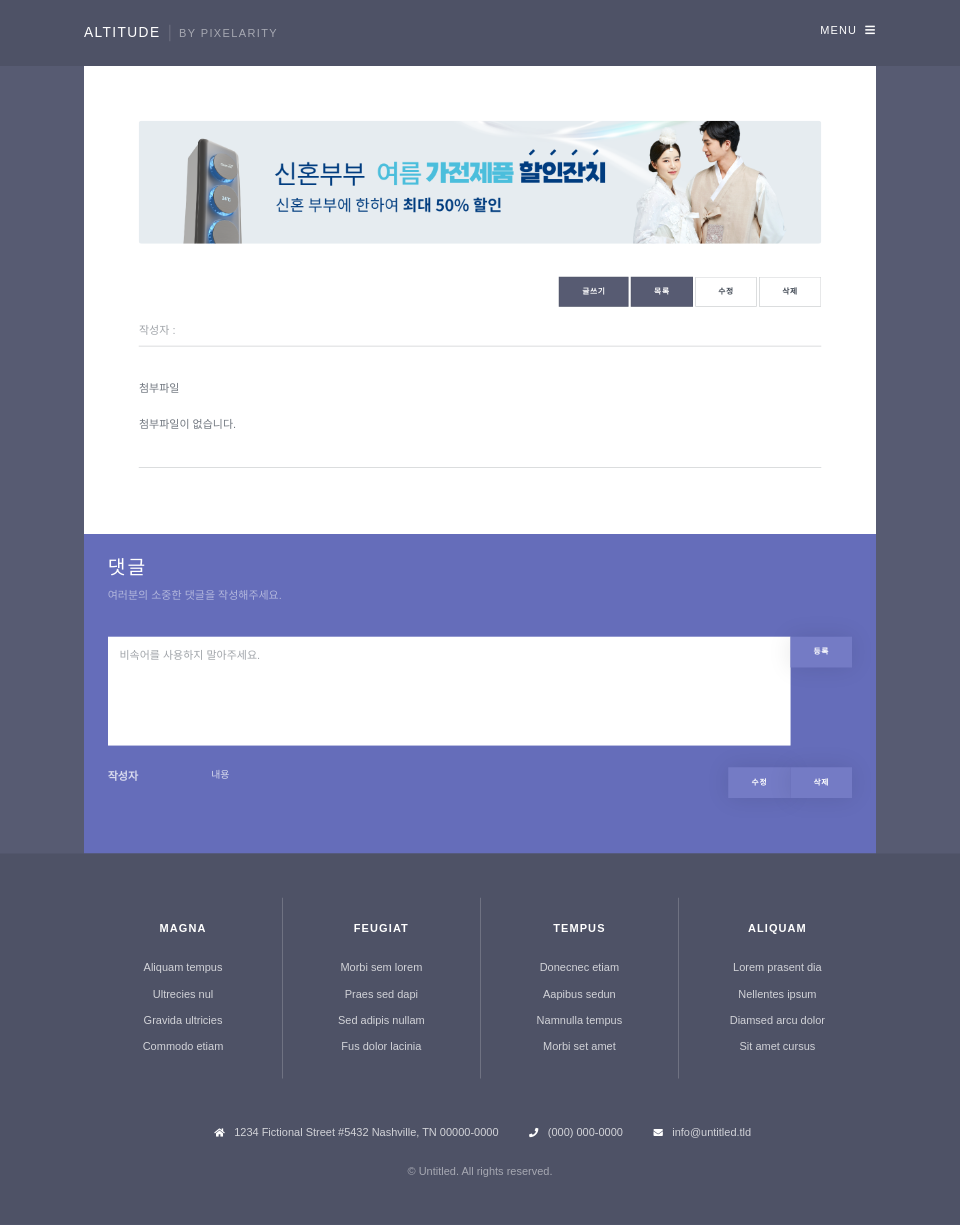
Repository: kkkukkk/Study-JSP
Page: http://localhost/boardMVC/app/board/boardDetail.jsp
These files come from the project's save history. The page is drawn as it stood at one moment and after the next save; the edit follows.
The browser window is 1280 px wide. The pictures show the whole page, at 75% of full size.
Some web fonts or font styles are not loaded; a fallback is used. The page is served by Tomcat 9. Other server files are loaded and not shown.

Above is the page before, as saved 2022-02-25 06:44:24.

### workspace/boardMVC/WebContent/app/board/boardDetail.jsp
<%@ page language="java" contentType="text/html; charset=UTF-8"
    pageEncoding="UTF-8"%>
<%@ taglib uri="http://java.sun.com/jsp/jstl/core" prefix="c" %>
<%@ taglib uri="http://java.sun.com/jsp/jstl/functions" prefix="fn" %>
<!DOCTYPE HTML>
<!--
   Altitude by Pixelarity
   pixelarity.com | hello@pixelarity.com
   License: pixelarity.com/license
-->
<html>
   <head>
      <title>게시글 상세보기</title>
      <meta charset="utf-8" />
      <meta name="viewport" content="width=device-width, initial-scale=1, user-scalable=no" />
      <link rel="stylesheet" href="${pageContext.request.contextPath}/assets/css/main.css" />
      <style>
         form textarea{
            border-radius:0;
            resize:none;
            color:black !important;
         }

         form div#reply{
            display:flex;
            margin-bottom:3%;
         }

         input[type='submit']:not(#register), input[type='button'] {border-radius:0;}

         ul.actions li {
             padding: 0 0 0 0.2em;
         }

         p.content{
            width:63%;
         }

         p.writer{
            width:20%;
            font-weight:bold;
         }

      </style>
   </head>
   <body class="is-preload">
   		<c:set var="board" value="${board}"/>
   		<c:set var="files" value="${files}"/>
   		<c:set var="page" value="${page}"/>
      <!-- Page Wrapper -->
         <div id="page-wrapper">

            <!-- Wrapper -->
               <div class="wrapper">
                  <div class="inner">
                     <jsp:include page="/app/fix/header.jsp"/>
                  </div>
               </div>

            <!-- Wrapper -->
               <div class="wrapper">
                  <div class="inner">

                     <!-- Main -->
                     <section class="main">
                        <a href="#" class="image main"><img src="${pageContext.request.contextPath}/images/boardView.png" alt="" /></a>
                        <div class="col-12">
                           <ul class="actions" style="display:flex; justify-content:flex-end;">
                              <li><input type="button" value="글쓰기" class="primary" onclick="location.href = '${pageContext.request.contextPath}/board/BoardWrite.bo'"/></li>
                              <li><input type="button" value="목록" class="primary" onclick="location.href = '${pageContext.request.contextPath}/board/BoardListOk.bo'"/></li>
                              <c:if test="${memberNumber eq board.getMemberNumber()}">
	                              <li><input type="button" value="수정" onclick="location.href = '${pageContext.request.contextPath}/board/BoardUpdate.bo?boardNumber=${board.getBoardNumber()}&page=${page}'"/></li>
	                              <li><input type="button" value="삭제" onclick="location.href = '${pageContext.request.contextPath}/board/BoardDeleteOk.bo?boardNumber=${board.getBoardNumber()}'"/></li>
	                          </c:if>
                           </ul>
                        </div>
                        <header class="major">

                           <h2 style="text-align:left;">${board.getBoardTitle()}</h2>
                           <p style="text-align:left; margin-bottom:1%">작성자 : ${board.getMemberId()}</p>
                        </header>
                        <hr style="margin-top:0;">
                           <div>
                              첨부파일
                           </div>
                           <!-- 첨부파일 목록 -->
                           <c:choose>
                           	<c:when test="${files != null and fn:length(files) > 0}">
	                           <c:forEach var="file" items="${files}">
		                           <a href="${pageContext.request.contextPath}/board/FileDownloadOk.bo?fileName=${file.getFileName()}&fileNameOriginal=${file.getFileNameOriginal()}">
		                           	<c:out value="${file.getFileNameOriginal()}"/>
		                           </a>
		                           <br>
	                           </c:forEach>
	                       	</c:when>
	                       	<c:otherwise>
	                       		<br>
	                       		첨부파일이 없습니다.
	                       	</c:otherwise>
                           </c:choose>
                        <hr />
                        <!-- 내용 -->
                        <h3><pre>${board.getBoardContent()}</pre></h3>
                     </section>
                     <section class="main accent2" style="padding:3%">
                        <header class="major" style="text-align:left;">
                           <h2>댓글</h2>
                           <p>여러분의 소중한 댓글을 작성해주세요.</p>
                        </header>
                        <form method="post" action="#" class="combined" style="width:auto;">
                           <textarea name="content" id="content" placeholder="비속어를 사용하지 말아주세요." class="invert" rows="5" style="border-radius:0; resize:none;"></textarea>
                           <input id="register" type="button" class="primary" value="등록"/>
                        </form>
                        <form action="#" id="replies" class="combined" style="flex-direction:column; margin:0; display:contents;">
                        	<div id="reply">
                        		<p class="writer">작성자</p>
                        		<div class="content" style="width:100%">
                        			<pre>내용</pre>
                        		</div>
                        		<input type="button" class="primary" value="수정">
                        		<input type="button" class="primary" value="삭제">
                        	</div>
                        </form>
                     </section>
                  </div>
               </div>

            <!-- Wrapper -->
               <div class="wrapper">
                  <div class="inner">

                     <!-- Footer -->
                        <footer id="footer">
                           <section class="links">
                              <div>
                                 <h3>Magna</h3>
                                 <ul class="plain">
                                    <li><a href="#">Aliquam tempus</a></li>
                                    <li><a href="#">Ultrecies nul</a></li>
                                    <li><a href="#">Gravida ultricies</a></li>
                                    <li><a href="#">Commodo etiam</a></li>
                                 </ul>
                              </div>
                              <div>
                                 <h3>Feugiat</h3>
                                 <ul class="plain">
                                    <li><a href="#">Morbi sem lorem</a></li>
                                    <li><a href="#">Praes sed dapi</a></li>
                                    <li><a href="#">Sed adipis nullam</a></li>
                                    <li><a href="#">Fus dolor lacinia</a></li>
                                 </ul>
                              </div>
                              <div>
                                 <h3>Tempus</h3>
                                 <ul class="plain">
                                    <li><a href="#">Donecnec etiam</a></li>
                                    <li><a href="#">Aapibus sedun</a></li>
                                    <li><a href="#">Namnulla tempus</a></li>
                                    <li><a href="#">Morbi set amet</a></li>
                                 </ul>
                              </div>
                              <div>
                                 <h3>Aliquam</h3>
                                 <ul class="plain">
                                    <li><a href="#">Lorem prasent dia</a></li>
                                    <li><a href="#">Nellentes ipsum</a></li>
                                    <li><a href="#">Diamsed arcu dolor</a></li>
                                    <li><a href="#">Sit amet cursus</a></li>
                                 </ul>
                              </div>
                           </section>
                           <ul class="contact-icons">
                              <li class="icon solid fa-home">1234 Fictional Street #5432 Nashville, TN 00000-0000</li>
                              <li class="icon solid fa-phone"><a href="#">(000) 000-0000</a></li>
                              <li class="icon solid fa-envelope"><a href="#">info@untitled.tld</a></li>
                           </ul>
                           <p class="copyright">&copy; Untitled. All rights reserved.</p>
                        </footer>

                  </div>
               </div>

         </div>

      <!-- Scripts -->
         <script src="${pageContext.request.contextPath}/assets/js/jquery.min.js"></script>
         <script>
         	var contextPath = "${pageContext.request.contextPath}";
         	var boardNumber = "${board.getBoardNumber()}";
         	var memberNumber = "${memberNumber}";
         </script>
         <script src="${pageContext.request.contextPath}/assets/js/browser.min.js"></script>
         <script src="${pageContext.request.contextPath}/assets/js/breakpoints.min.js"></script>
         <script src="${pageContext.request.contextPath}/assets/js/util.js"></script>
         <script src="${pageContext.request.contextPath}/assets/js/main.js"></script>
         <script src="${pageContext.request.contextPath}/assets/js/reply.js"></script>
   </body>
</html>

### workspace/boardMVC/WebContent/app/fix/header.jsp
<%@ page language="java" contentType="text/html; charset=UTF-8"
    pageEncoding="UTF-8"%>
<%@ taglib uri="http://java.sun.com/jsp/jstl/core" prefix="c" %>
<header id="header">
	<a href="index.html" class="logo">Altitude <span>by Pixelarity</span></a>
	<nav>
		<ul>
			<li><a href="#menu">Menu</a></li>
		</ul>
	</nav>
</header>

<!-- Nav -->
<nav id="menu">
	<ul class="actions stacked">
		<c:choose>
			<c:when test="${memberNumber eq null}">
				<li><a href="${pageContext.request.contextPath }/member/MemberJoin.me" class="button primary fit">회원가입</a></li>
				<li><a href="${pageContext.request.contextPath }/member/MemberLogin.me" class="button fit">로그인</a></li>
			</c:when>
			<c:otherwise>
				<li><a href="${pageContext.request.contextPath }/member/MemberLogout.me" class="button fit">로그아웃</a></li>
			</c:otherwise>
		</c:choose>
	</ul>
</nav>

Loaded but not shown: workspace/boardMVC/WebContent/assets/js/jquery.min.js (library); workspace/boardMVC/WebContent/assets/js/browser.min.js (common file); workspace/boardMVC/WebContent/assets/js/breakpoints.min.js (common file); workspace/boardMVC/WebContent/assets/css/fontawesome-all.min.css (library); workspace/boardMVC/WebContent/assets/js/util.js (587 lines, source omitted); workspace/boardMVC/WebContent/assets/js/main.js (337 lines, source omitted); workspace/boardMVC/WebContent/assets/css/main.css (5511 lines, source omitted); workspace/boardMVC/WebContent/assets/js/reply.js (no copy from this time; the picture is the same without it)

After the next save:
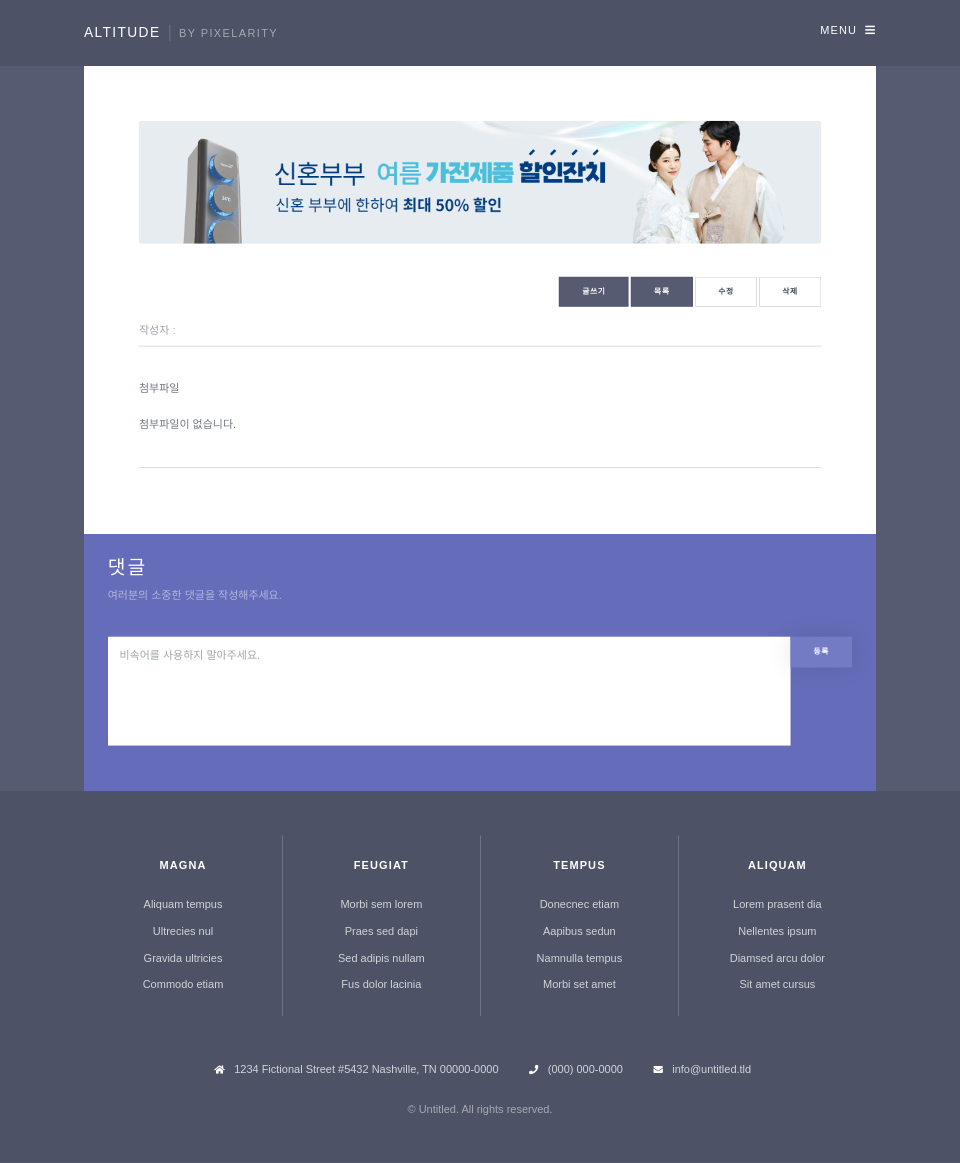
Saved 3 min 16 s later.
--- a/workspace/boardMVC/WebContent/app/board/boardDetail.jsp
+++ b/workspace/boardMVC/WebContent/app/board/boardDetail.jsp
@@ -112,14 +112,6 @@
                            <input id="register" type="button" class="primary" value="등록"/>
                         </form>
                         <form action="#" id="replies" class="combined" style="flex-direction:column; margin:0; display:contents;">
-                        	<div id="reply">
-                        		<p class="writer">작성자</p>
-                        		<div class="content" style="width:100%">
-                        			<pre>내용</pre>
-                        		</div>
-                        		<input type="button" class="primary" value="수정">
-                        		<input type="button" class="primary" value="삭제">
-                        	</div>
                         </form>
                      </section>
                   </div>
